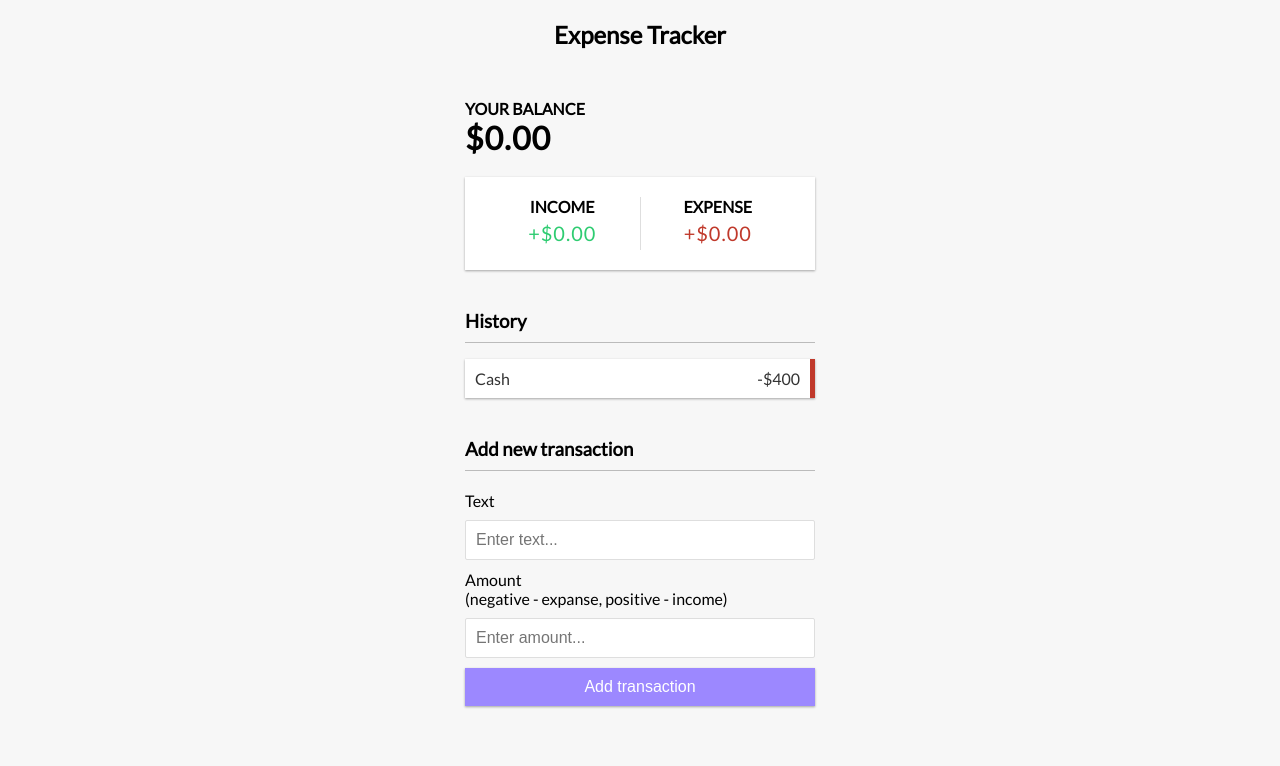
Repository: Youvelop/expenseTracker
Page: index.html
These files come from the project's save history. The page is drawn as it stood at one moment and after the next save; the edit follows.
The browser window is 1280 px wide. The pictures show the whole page.

Above is the page before, as saved 2020-06-30 13:10:13.

### index.html
<!DOCTYPE html>
<html lang="en">
  <head>
    <meta charset="UTF-8" />
    <meta name="viewport" content="width=device-width, initial-scale=1.0" />
    <link rel="stylesheet" href="style.css" />
    <title>Expense Tracker</title>
  </head>
  <body>
    <h2>Expense Tracker</h2>

    <div class="container">
      <h4>Your Balance</h4>
      <h1 id="balance">$0.00</h1>

      <div class="inc-exp-container">
        <div>
          <h4>Income</h4>
          <p id="money-plus" class="money plus">+$0.00</p>
        </div>
        <div>
          <h4>Expense</h4>
          <p id="money-minus" class="money minus">+$0.00</p>
        </div>
      </div>

      <h3>History</h3>
      <ul id="list" class="list">
        <li class="minus">
          Cash <span>-$400</span><button class="delete-btn">x</button>
        </li>
      </ul>

      <h3>Add new transaction</h3>
      <form id="form">
        <div class="form-control">
          <label for="text">Text</label>
          <input type="text" id="text" placeholder="Enter text..." />
        </div>
        <div class="form-control">
          <label for="amount"
            >Amount <br />
            (negative - expanse, positive - income)</label
          >
          <input type="number" id="amount" placeholder="Enter amount..." />
        </div>
        <button class="btn">Add transaction</button>
      </form>
    </div>
    <script src="script.js"></script>
  </body>
</html>

### style.css
@import url('https://fonts.googleapis.com/css?family=Lato&display=swap');

:root {
  --box-shadow: 0 1px 3px rgba(0, 0, 0, 0.12), 0 1px 2px rgba(0, 0, 0, 0.24);
}

* {
  box-sizing: border-box;
}
body {
  background-color: #f7f7f7;
  display: flex;
  flex-direction: column;
  align-items: center;
  justify-content: center;
  min-height: 100vh;
  margin: 0;
  font-family: 'Lato', sans-serif;
}

.container {
  margin: 30px auto;
  width: 350px;
}

h1 {
  letter-spacing: 1px;
  margin: 0;
}

h3 {
  border-bottom: 1px solid #bbb;
  padding-bottom: 10px;
  margin: 40px 0 10px;
}

h4 {
  margin: 0;
  text-transform: uppercase;
}

.inc-exp-container {
  background-color: #fff;
  box-shadow: var(--box-shadow);
  padding: 20px;
  display: flex;
  justify-content: space-between;
  margin: 20px 0;
}

.inc-exp-container > div {
  flex: 1;
  text-align: center;
}

.inc-exp-container > div:first-of-type {
  border-right: 1px solid #dedede;
}

.money {
  font-size: 20px;
  letter-spacing: 1px;
  margin: 5px 0;
}

.money.plus {
  color: #2ecc71;
}
.money.minus {
  color: #c0392b;
}

label {
  display: inline-block;
  margin: 10px 0;
}

input[type='text'],
input[type='number'] {
  border: 1px solid #dedede;
  border-radius: 2px;
  display: block;
  font-size: 16px;
  padding: 10px;
  width: 100%;
}

.btn {
  cursor: pointer;
  background-color: #9c88ff;
  box-shadow: var(--box-shadow);
  color: #fff;
  border: 0;
  display: block;
  font-size: 16px;
  margin: 10px 0 30px;
  padding: 10px;
  width: 100%;
}
.btn:focus,
.delete-btn:focus {
  outline: 0;
}

.list {
  list-style-type: none;
  padding: 0;
  margin-bottom: 40px;
}

.list li {
  background-color: white;
  box-shadow: var(--box-shadow);
  color: #333;
  display: flex;
  justify-content: space-between;
  position: relative;
  padding: 10px;
  margin: 10px 0;
}

.list li.minus {
  border-right: 5px solid #c0392b;
}
.list li.plus {
  border-right: 5px solid #2ecc71;
}

.delete-btn {
  cursor: pointer;
  background-color: #e74c3c;
  border: 0;
  color: #fff;
  font-size: 20px;
  line-height: 20px;
  padding: 2px 5px;
  position: absolute;
  top: 50%;
  left: 0;
  transform: translate(-100%, -50%);
  opacity: 0;
  transition: opacity 0.3s ease;
}

.list li:hover .delete-btn {
  opacity: 1;
}

Loaded but not shown: script.js (no copy from this time; the picture is the same without it)

After the next save:
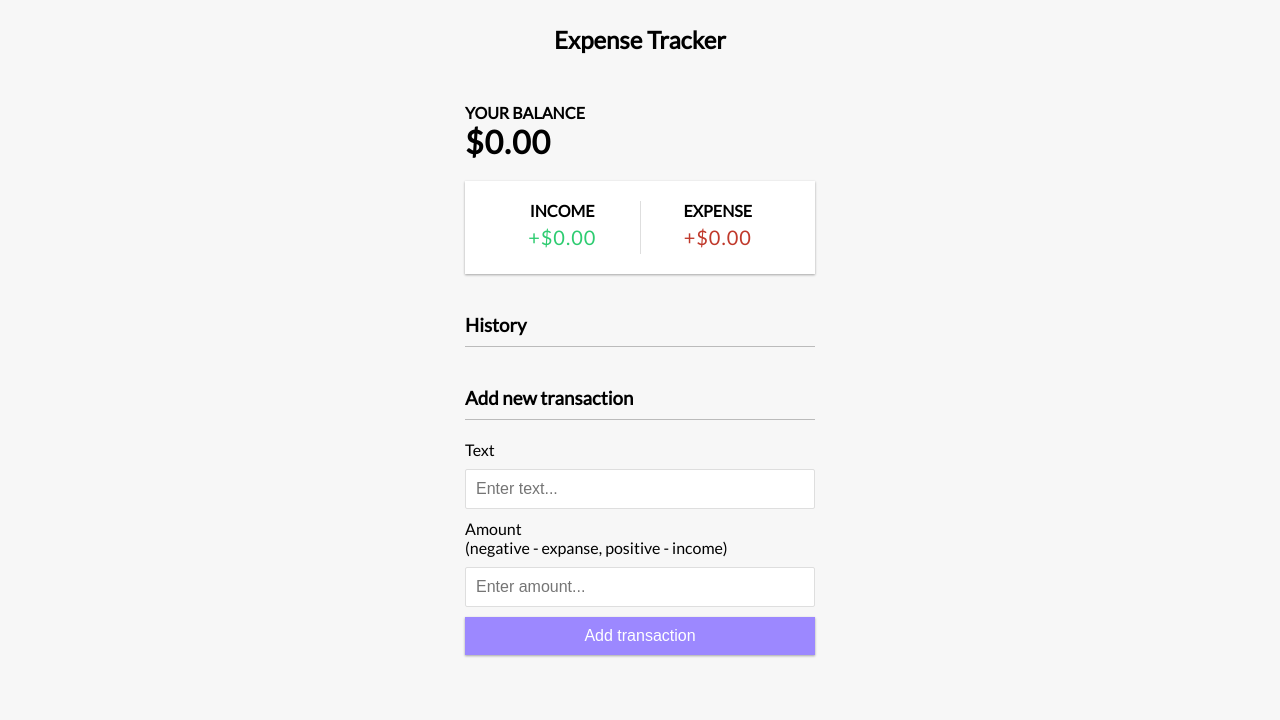
Saved 39 s later.
--- a/index.html
+++ b/index.html
@@ -26,9 +26,9 @@
 
       <h3>History</h3>
       <ul id="list" class="list">
-        <li class="minus">
+        <!-- <li class="minus">
           Cash <span>-$400</span><button class="delete-btn">x</button>
-        </li>
+        </li> -->
       </ul>
 
       <h3>Add new transaction</h3>
